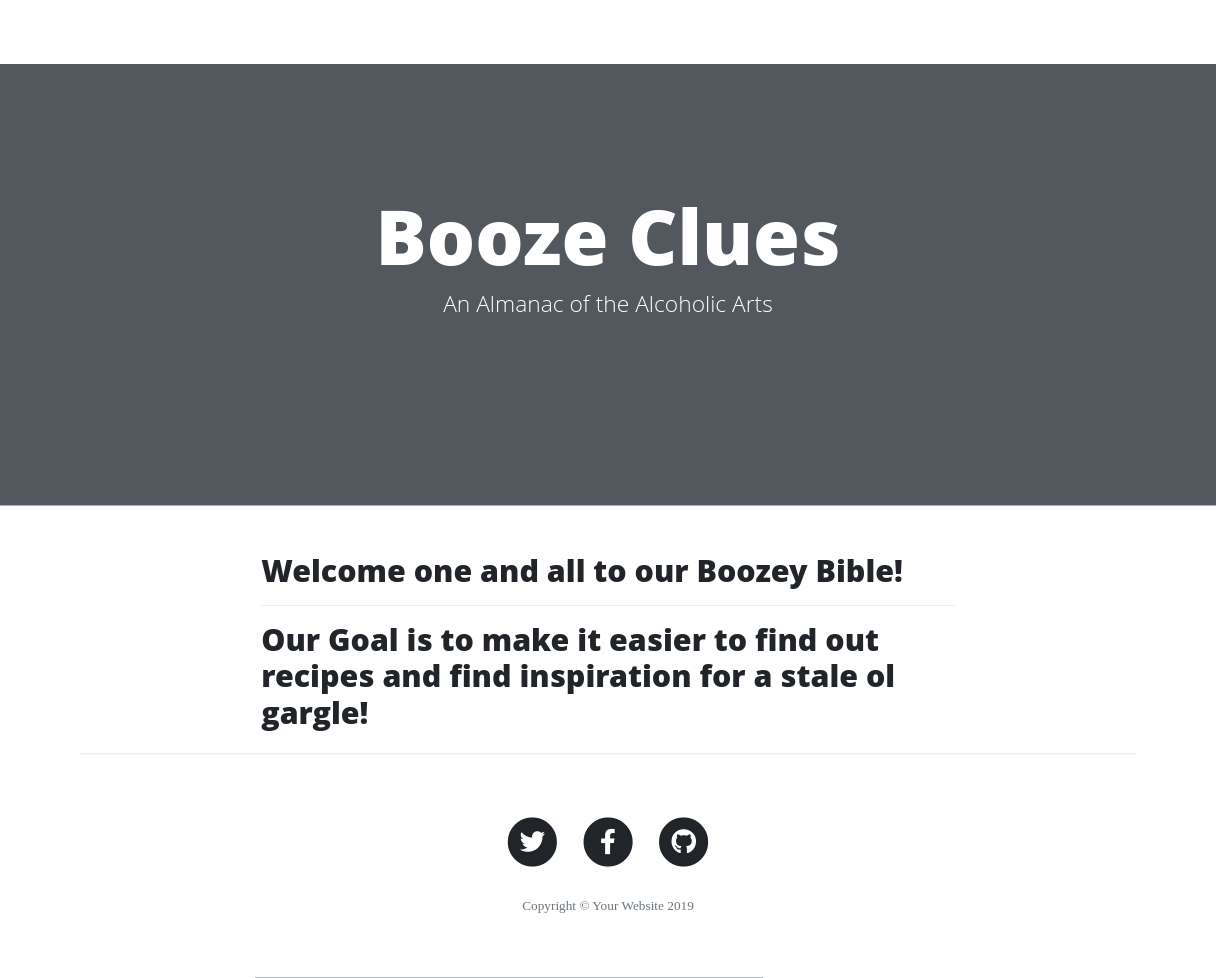
Repository: LiamB123/Booze-Clues
Page: http://localhost/
The author's editor kept a record of every edit. The page is drawn from the files as they stood at one moment, then again after the next edit.
The browser window is 1280 px wide. The pictures show the whole page, at 95% of full size.
Some web fonts or font styles are not loaded; a fallback is used. The page is served by the project's application, run on Flask 3 (app.py). Other server files are loaded and not shown.

Above is the page before.

### templates/home.html
{% extends "base.html" %}
{% block content %}
<div>
    Welcome one and all to our Boozey Bible!<hr>
    Our Goal is to make it easier to find out recipes and find inspiration for a stale ol gargle!
</div>


{% endblock %}

### templates/base.html
<!DOCTYPE html>
<html lang="en">

<head>
  <meta charset="UTF-8">
  <meta name="viewport" content="width=device-width, initial-scale=1.0">
  <meta http-equiv="X-UA-Compatible" content="ie=edge">
  <title> Booze Bible </title>

  <!-- Bootstrap core CSS -->
  <link href="{{url_for('static', filename='vendor/bootstrap/css/bootstrap.min.css')}}" rel="stylesheet">

  <!-- Custom fonts for this template -->
  <link rel="stylesheet" href="{{url_for('static', filename='css/style.css')}}" type="text/css" />
  <link href="{{url_for('static', filename='vendor/fontawesome-free/css/all.min.css')}}" rel="stylesheet" type="text/css">
  <link href="{{url_for('static', filename='https://fonts.googleapis.com/css?family=Lora:400,700,400italic,700italic')}}" rel='stylesheet' type='text/css'>
  <link href="{{url_for('static',filename='https://fonts.googleapis.com/css?family=Open+Sans:300italic,400italic,600italic,700italic,800italic,400,300,600,700,800')}}" rel='stylesheet' type='text/css'>

  <!-- Custom styles for this template -->
  <link href="{{url_for('static', filename='css/clean-blog.min.css') }}" rel="stylesheet">

  <body>


    <!-- Navigation -->
    <nav class="navbar navbar-expand-lg navbar-light fixed-top" id="mainNav">
      <div class="container">
        <a class="navbar-brand" href="{{url_for('home')}}"><i class="fas fa-cocktail"></i><i class="fas fa-search"></i></a>
        <button class="navbar-toggler navbar-toggler-right" type="button" data-toggle="collapse" data-target="#navbarResponsive" aria-controls="navbarResponsive" aria-expanded="false" aria-label="Toggle navigation">
        Menu
        <i class="fas fa-bars"></i>
      </button>
        <div class="collapse navbar-collapse" id="navbarResponsive">
          <ul class="navbar-nav ml-auto">
            <li class="nav-item">
              <a class="nav-link" href="{{url_for('home')}}">Home</a>
            </li>
            <li class="nav-item">
              <a class="nav-link" href="{{url_for('about')}}">About Us </a>
            </li>
            <li class="nav-item">
              <a class="nav-link" href="{{url_for('get_recipes')}}">Recipes!</a>
            </li>
            <li class="nav-item">
              <a class="nav-link" href="{{url_for('add_recipe')}}">Add to the collection!</a>
            </li>
          </ul>
        </div>
      </div>
    </nav>

    <!-- Page Header -->
    <header class="masthead"  class= "background-pic" src="../static/img/Cocktail_Header.jpg">
      <div class="overlay"></div>
      <div class="container">
        <div class="row">
          <div class="col-lg-8 col-md-10 mx-auto">
            <div class="site-heading">
              <h1>Booze Clues</h1>
              <span class="subheading">An Almanac of the Alcoholic Arts</span>
            </div>
          </div>
        </div>
      </div>
    </header>

    <!-- Main Content -->
    <div class="container">
      <div class="row">
        <div class="col-lg-8 col-md-10 mx-auto">
          <div class="post-preview">

              <h2 class="post-title">

                {% block content %} {% endblock %}


                <!-- Pager -->

          </div>
        </div>
      </div>

      <hr>

      <!-- Footer -->
      <footer>
        <div class="container">
          <div class="row">
            <div class="col-lg-4 col-md-10 mx-auto">
              <ul class="list-inline text-center">
                <li class="list-inline-item">
                  <a href="#">
                <span class="fa-stack fa-lg">
                  <i class="fas fa-circle fa-stack-2x"></i>
                  <i class="fab fa-twitter fa-stack-1x fa-inverse"></i>
                </span>
              </a>
                </li>
                <li class="list-inline-item">
                  <a href="#">
                <span class="fa-stack fa-lg">
                  <i class="fas fa-circle fa-stack-2x"></i>
                  <i class="fab fa-facebook-f fa-stack-1x fa-inverse"></i>
                </span>
              </a>
                </li>
                <li class="list-inline-item">
                  <a href="#">
                <span class="fa-stack fa-lg">
                  <i class="fas fa-circle fa-stack-2x"></i>
                  <i class="fab fa-github fa-stack-1x fa-inverse"></i>
                </span>
              </a>
                </li>
              </ul>
              <p class="copyright text-muted">Copyright &copy; Your Website 2019</p>
            </div>
          </div>
        </div>
      </footer>


    </div>



    <!-- Bootstrap core JavaScript -->
    <script src="{{url_for('static', filename='vendor/jquery/jquery.min.js' ) }}"></script>
    <script src="{{url_for('static', filename='vendor/bootstrap/js/bootstrap.bundle.min.js' ) }}"></script>

    <!-- Custom scripts for this template -->
    <script src="{{url_for('static', filename='js/clean-blog.min.js' ) }}"></script>
  </body>

</html>

### app.py
import os
from flask import Flask, render_template , redirect , request , url_for
from flask_pymongo import PyMongo
from bson.objectid import ObjectId


app = Flask(__name__)

app.config["MONGO_DBNAME"] = 'drinks'
app.config["MONGO_URI"] = os.environ.get('MONGO_URI')

mongo = PyMongo(app)


@app.route('/')

@app.route('/home')
def home():
    return render_template("home.html")


@app.route('/get_recipes')
def get_recipes():
    return render_template("recipes.html", drinks_list=mongo.db.drinks_list.find())


@app.route('/add_recipe')
def add_recipe():
    return render_template('add_recipe.html', spirits=mongo.db.spirits.find())

@app.route('/insert_recipe', methods=['POST'])
def insert_recipe():
    drinks_list=mongo.db.drinks_list
    drinks_list.insert_one(request.form.to_dict())
    return redirect(url_for('get_recipes'))


@app.route('/edit_recipe/<task_id>')
def edit_recipe(task_id):
    the_recipe =  mongo.db.drinks_list.find_one({"_id": ObjectId(task_id)})
    all_spirits =  mongo.db.spirits.find()
    return render_template('edit_recipe.html', drinks_list=the_recipe,
                           spirits=all_spirits)

@app.route('/about')
def about():
    return render_template('about.html')


if __name__ == '__main__':
    app.run(host=os.environ.get('IP'),
            port=int(os.environ.get('PORT')),
            debug=True)

### static/css/style.css
.grey{
    background-color: #fafafa
}

Loaded but not shown: static/css/clean-blog.min.css (library); static/js/clean-blog.min.js (common file)

After the next edit:
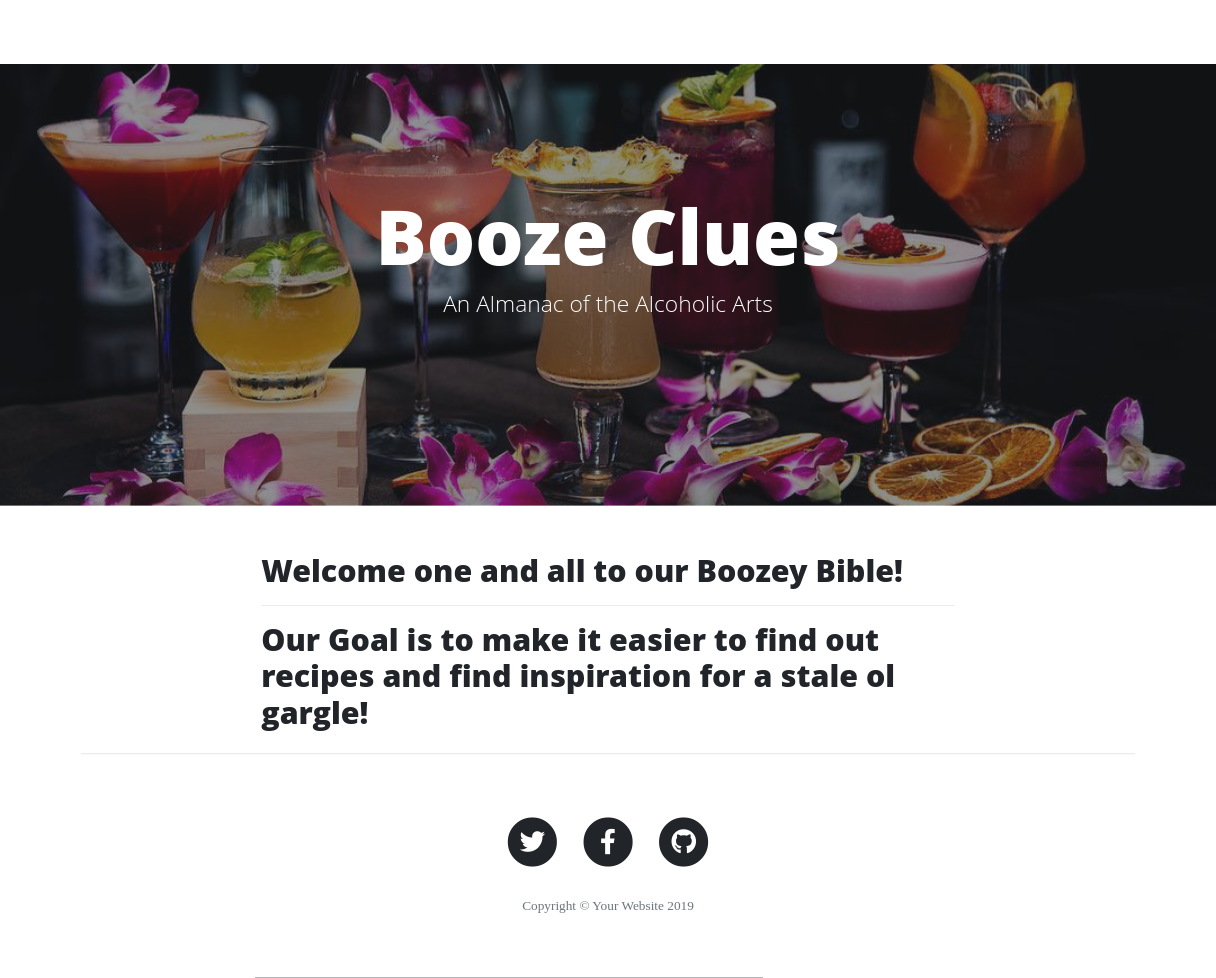
The edit:
--- a/templates/base.html
+++ b/templates/base.html
@@ -50,7 +50,7 @@
     </nav>
 
     <!-- Page Header -->
-    <header class="masthead"  class= "background-pic" src="../static/img/Cocktail_Header.jpg">
+    <header class="masthead"  style="background-image: url('static/img/Cocktail_Header.jpg')">
       <div class="overlay"></div>
       <div class="container">
         <div class="row">
